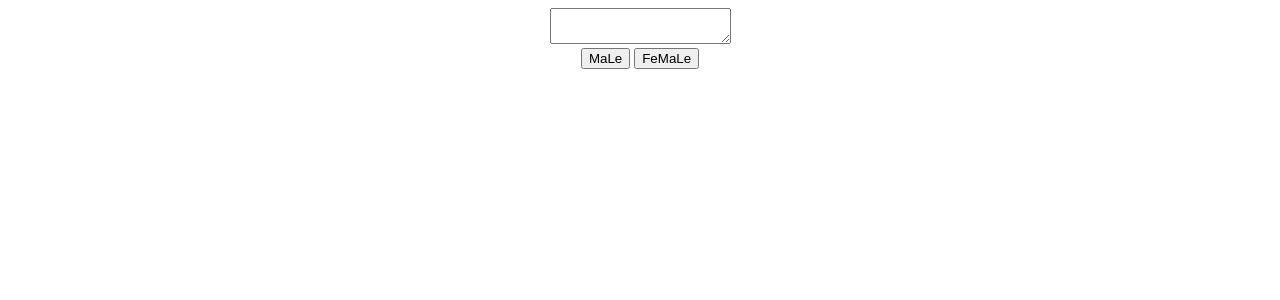
Repository: mutuz786/GameProject
Page: gameproject-app/WebContent/index.html
The author's editor kept a copy of each file at every save. The page is drawn from the files as they stood at one save, then again after the next save.
The browser window is 1280 px wide. The pictures show the whole page.

Above is the page before, as saved 2020-06-09 13:31:32.

### gameproject-app/WebContent/index.html
<!DOCTYPE html>
<html>
<head>
<meta charset="ISO-8859-1">
<title>Game</title>
</head>
<body>
	<div align="center">
		<textarea id="name" inputmode="text" ></textarea><br>
		<button >MaLe</button>
		<button>FeMaLe</button>
	</div>
</body>
</html>

After the next save:
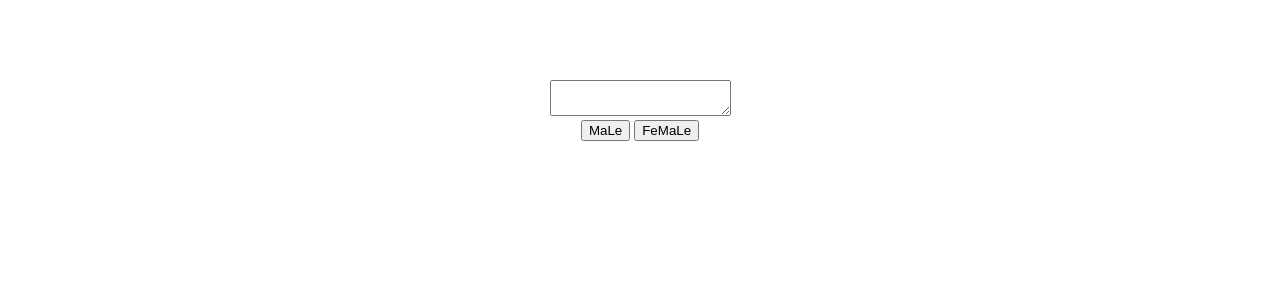
Saved 89 s later.
--- a/gameproject-app/WebContent/index.html
+++ b/gameproject-app/WebContent/index.html
@@ -5,7 +5,8 @@
 <title>Game</title>
 </head>
 <body>
-	<div align="center">
+	<br><br><br><br>
+	<div align="center" >
 		<textarea id="name" inputmode="text" ></textarea><br>
 		<button >MaLe</button>
 		<button>FeMaLe</button>
